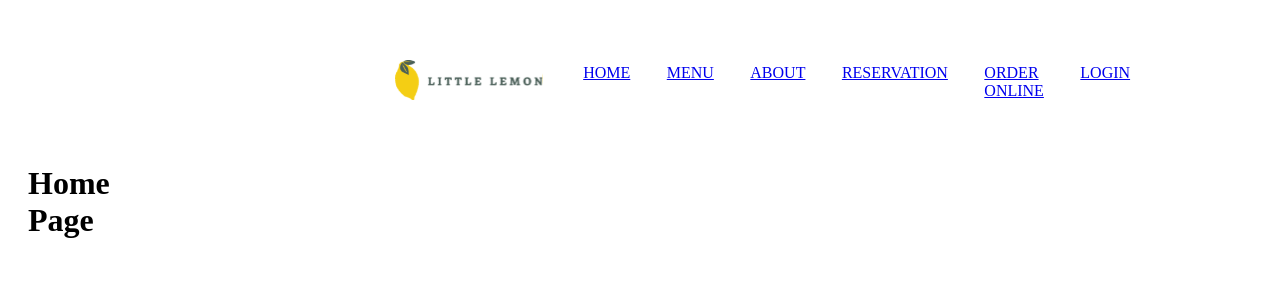
Repository: Yeshwanth-189/little-lemon
Page: / (app in little-lemon/)
An editor plug-in stored every save of this project. The page is shown before and after the next save, followed by the edit.
The browser window is 1280 px wide. The pictures show the whole page.
The project was rebuilt for these pictures with package versions that can differ from the ones it lists, and the page was loaded fresh each time.

Above is the page before, as saved 2025-04-26 16:07:17.

After the next save:
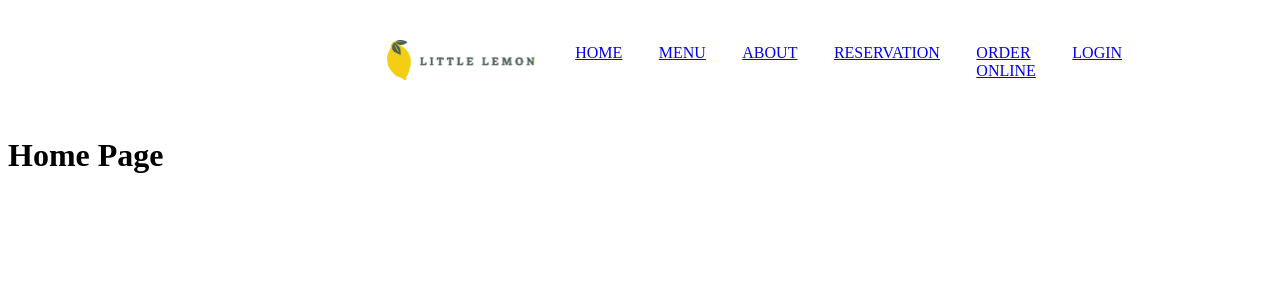
Saved 44 s later.
--- a/little-lemon/src/App.js
+++ b/little-lemon/src/App.js
@@ -20,17 +20,15 @@ function Reservation() {
 
 function App() {
   return (
-    <div className="container">
-      <Router>
-        <Nav />
-        <Routes>
-          <Route path="/" element={<Home />} />
-          <Route path="/menu" element={<Menu />} />
-          <Route path="/about" element={<About />} />
-          <Route path="/reservation" element={<Reservation />} />
-        </Routes>
-      </Router>
-    </div>
+    <Router>
+      <Nav />
+      <Routes>
+        <Route path="/" element={<Home />} />
+        <Route path="/menu" element={<Menu />} />
+        <Route path="/about" element={<About />} />
+        <Route path="/reservation" element={<Reservation />} />
+      </Routes>
+    </Router>
   );
 }
 
